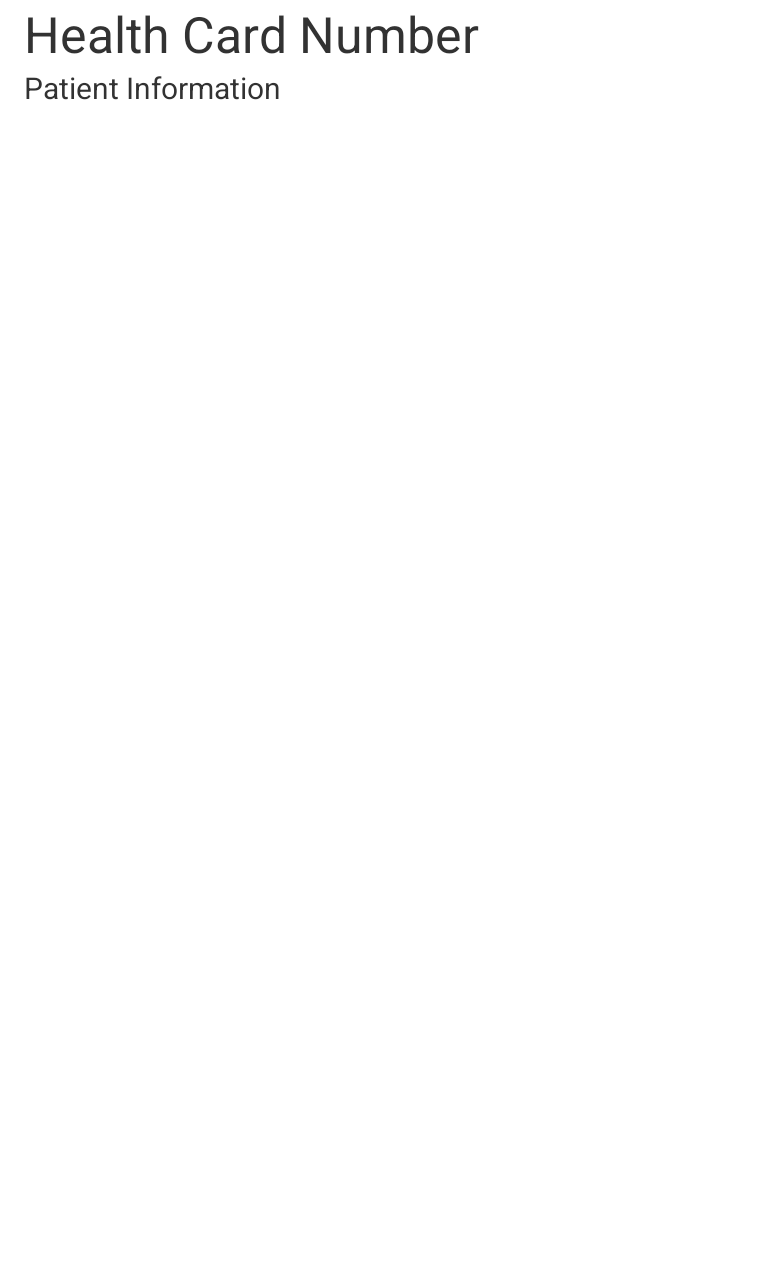
Repository: wangyuan0915/ER
Layout: workspace2/phase3/res/layout/activity_patient_record_help.xml
An editor plug-in stored every save of this project. The layout is shown before and after the next save, followed by the edit.
It is drawn on a 768 x 1280 px phone screen (xhdpi) without system bars, with theme AppTheme; the app's code is not run.

Above is the layout before, as saved 2013-11-27 02:32:34.

After the next save:
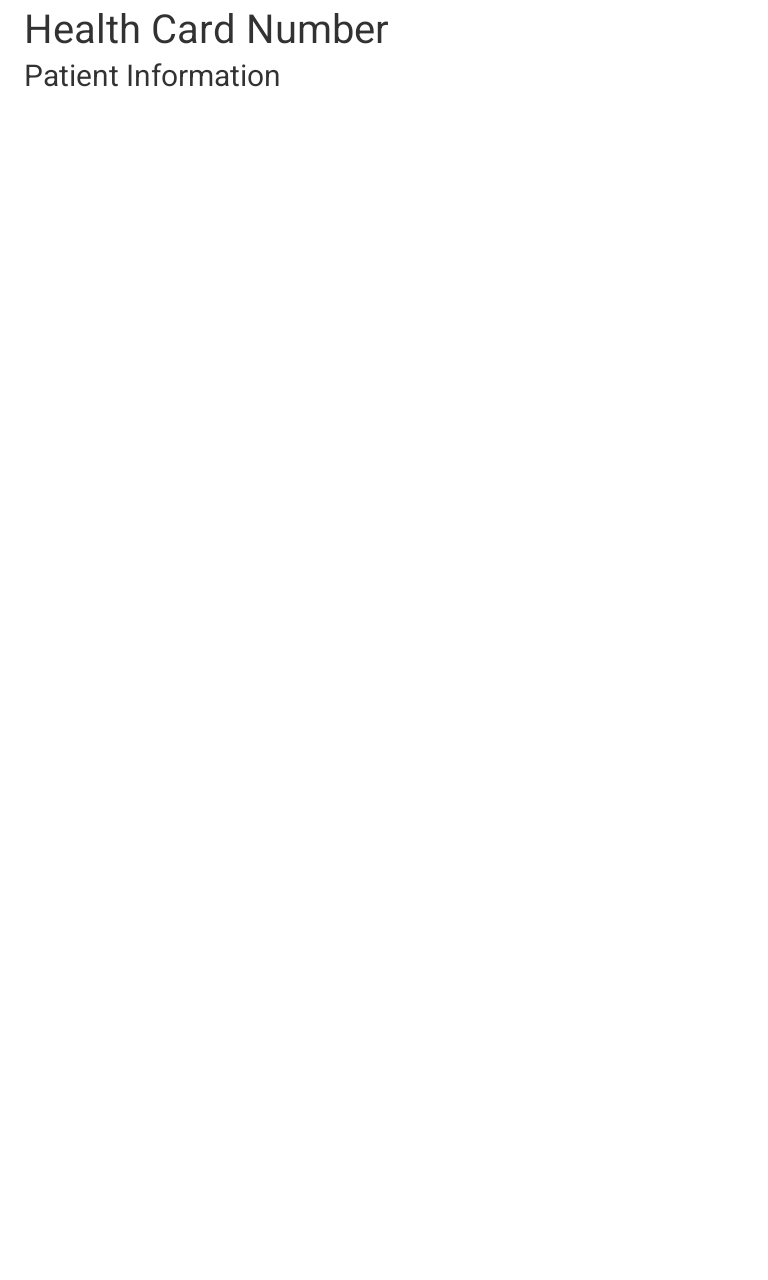
Saved 14 s later.
--- a/workspace2/phase3/res/layout/activity_patient_record_help.xml
+++ b/workspace2/phase3/res/layout/activity_patient_record_help.xml
@@ -13,7 +13,7 @@
     android:layout_width="fill_parent"
     android:layout_height="wrap_content"
     android:text="@string/Health_Card_Number"
-    android:textSize="25sp" />
+    android:textSize="20sp" />
 
 <TextView
     android:id="@+id/patient_information_view"
